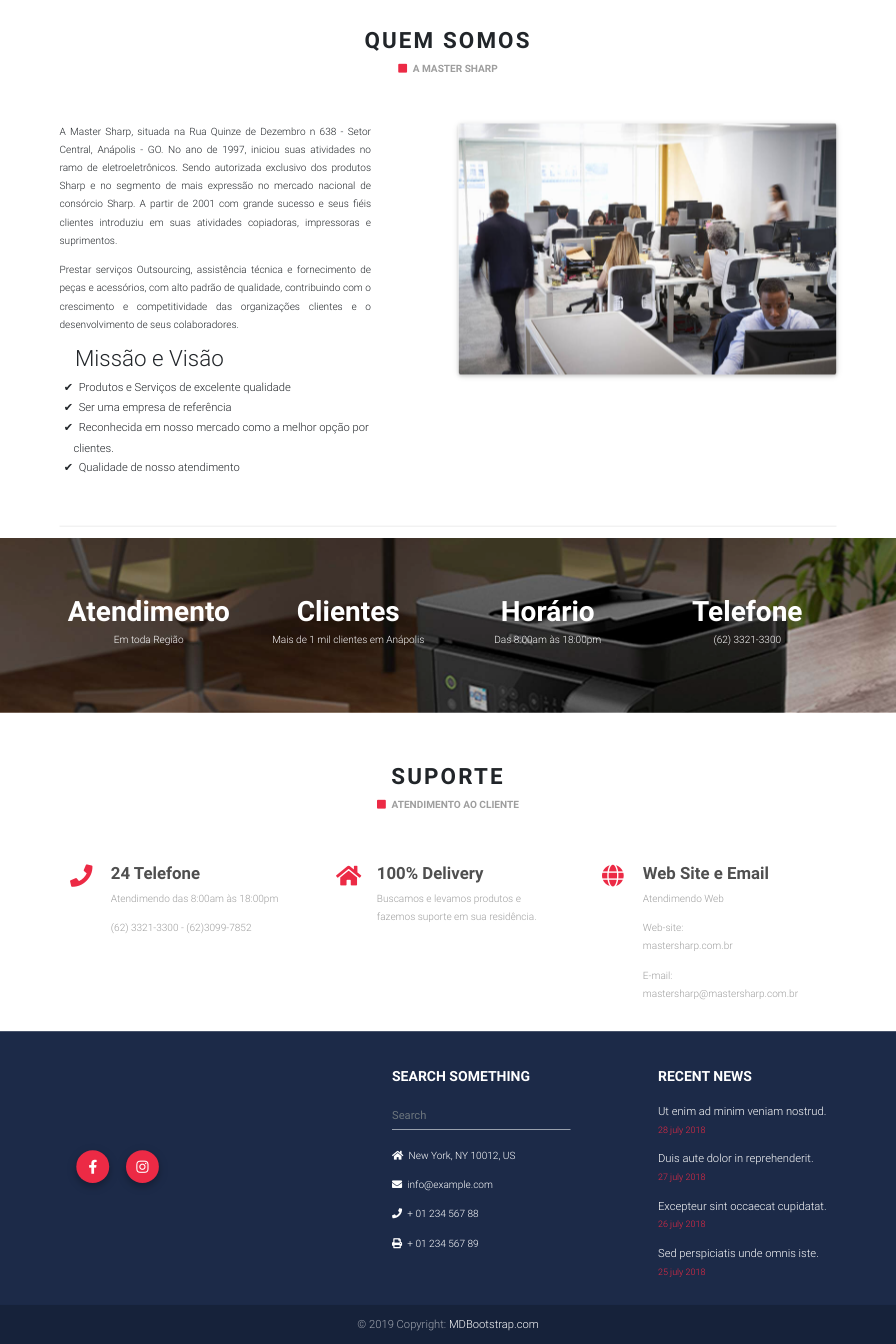
Repository: SalomaoMiguel/mastshap
Page: html/index.html
These files come from the project's save history. The page is drawn as it stood at one moment and after a run of saves; the edit follows.
The browser window is 1280 px wide. The pictures show the part of the page from y = 1373 to 3293 px (the page is 3293 px tall), at 70% of full size.
Some web libraries are served in a nearby version.

Above is the page before, as saved 2021-02-17 15:34:58.

### html/index.html
<!DOCTYPE html>
<html lang="pt-br">

<head>
  <meta charset="utf-8">
  <meta name="viewport" content="width=device-width, initial-scale=1, shrink-to-fit=no">
  <meta http-equiv="x-ua-compatible" content="ie=edge">
  <title>Master Sharp</title>
  <!-- Font Awesome -->
  <link rel="stylesheet" href="https://use.fontawesome.com/releases/v5.8.2/css/all.css">
  <!-- Bootstrap core CSS -->
  <link href="../css/bootstrap.min.css" rel="stylesheet">
  <!-- Material Design Bootstrap -->
  <link href="../css/mdb.min.css" rel="stylesheet">
  <style>
    html,
        body,
        header,
        .jarallax {
          height: 100%;
        }

        @media (min-width: 560px) and (max-width: 740px) {
          html,
          body,
          header,
          .jarallax {
            height: 500px;
          }
        }

        @media (min-width: 800px) and (max-width: 850px) {
            html,
            body,
            header,
            .jarallax {
              height: 600px;
            }
        }

        @media (min-width: 800px) and (max-width: 850px) {
            .navbar:not(.top-nav-collapse) {
                background: #24355c!important;
            }
            .navbar {
              box-shadow: 0 2px 5px 0 rgba(0,0,0,.16), 0 2px 10px 0 rgba(0,0,0,.12) !important;
            }
        }
    </style>
</head>

<body class="intro-page transport-lp">

  <!--Navigation & Intro-->
  <header>

    <!--Navbar-->
    <nav class="navbar fixed-top navbar-expand-lg navbar-dark scrolling-navbar" style="background-color: #f7f7f7!important;">
      <div class="container">
        <a class="navbar-brand" href="#"><img src="../imga/logo/logomastersharp.png" class="img-fluid  " alt="My photo"></a>
        <button class="navbar-toggler" type="button" data-toggle="collapse" data-target="#navbarSupportedContent"
          aria-controls="navbarSupportedContent" aria-expanded="false" aria-label="Toggle navigation">
          <span class="navbar-toggler-icon"></span>
        </button>
        <div class="collapse navbar-collapse " id="navbarSupportedContent">
          <!--Links-->
          <ul class="navbar-nav mr-auto ml-auto smooth-scroll ">
            <li class="nav-item">
              <a class="nav-link text-muted" href="#home">Início <span class="sr-only">(current)</span></a>
            </li>

            <li class="nav-item">
              <a class="nav-link text-muted" href="#about" data-offset="100">Quem Somos</a>
            </li>
            <li class="nav-item">
              <a class="nav-link text-muted" href="#services" data-offset="30">Soluções</a>
            </li>
            <li class="nav-item">
              <a class="nav-link text-muted" href="#features" data-offset="100">Parceiros</a>
            </li>
            <li class="nav-item">
              <a class="nav-link text-muted" href="#suport" data-offset="100">Suporte</a>
            </li>
            <li class="nav-item">
              <a class="nav-link text-muted" href="#contact" data-offset="30">Contato</a>
            </li>
          </ul>

          <!--Social Icons-->
          <ul class="navbar-nav nav-flex-icons">
            <li class="nav-item">
              <a class="nav-link" href="https://api.whatsapp.com/send?phone=5562991729598&#038;text=Gostaria de informações sobre a Master Sharp" target="_blank" rel="noopener noreferrer"><i class="fab fa-whatsapp text-success"> (62) 99172-9598</i></a>
            </li>
            <li class="nav-item">
              <a class="nav-link" href="https://api.whatsapp.com/send?phone=5562993291564&#038;text=Gostaria de informações sobre a Master Sharp" target="_blank" rel="noopener noreferrer" ><i class="fab fa-whatsapp text-success"> (62) 99329-1564</i></a>
            </li>
          </ul>
        </div>
      </div>
    </nav>
    <!--/Navbar-->

    <!-- Intro Section -->
    <div id="home" class="view jarallax" data-jarallax='{"speed": 0.2}' style="background-image: url('../imga/back/impressorapeople.png'); background-repeat: no-repeat; background-size: cover; background-position: center center;">
      <div class="mask rgba-black-light">
        <div class="container h-100 d-flex justify-content-center align-items-center">
          <div class="row smooth-scroll">
            <div class="col-md-12 white-text text-center">
              <div class="wow fadeInDown" data-wow-delay="0.2s">
                <h1 class="display-4 text-uppercase rgba-black-light px-3 py-2"><strong class="font-weight-bold">Master Sharp sempre inovando.</strong></h1>
                <h5 class="white-text mt-5"></h5>
                <h2 class="white-text text-uppercase h2-responsive font-weight-bold mb-5 mt-4"> Oferecendo assim a melhor solução para redução de custos.</h2>
                <a href="https://api.whatsapp.com/send?phone=5562993291564&#038;text=Gostaria de informações sobre a Master Sharp" target="_blank" rel="noopener noreferrer" data-offset="100" class="btn btn-success btn-rounded"><i class="fab fa-whatsapp text-white" style="font-size: 18px;"> <span class="text-white"> </span></i> &nbsp; Fale conosco</a>
              </div>
            </div>
          </div>
        </div>
      </div>
    </div>

  </header>
  <!--/Navigation & Intro-->

  <!--Main content-->
  <main>

    <!--First container-->
    <div class="container-fluid background-z">
      <div class="container">

        <!--Section: Possibilities-->
        <section class="py-4">

          <!--Secion heading-->
          <h2 id="services" class="text-center text-uppercase font-weight-bold mt-5 pt-4 spacing wow fadeIn" data-wow-delay="0.2s"><strong>Soluções</strong></h2>

          <!--Section description-->
          <p class="text-center text-uppercase font-weight-bold grey-text mb-5 pb-3 wow fadeIn" data-wow-delay="0.2s"><i
              class="fas fa-square red-text-2 mr-2" aria-hidden="true"></i> Nossos Serviços</p>

          <!--First row-->
          <div class="row mb-5 wow fadeIn" data-wow-delay="0.4s">

            <div class="col-lg-3 col-md-6 text-center pt-1">
              <div class="icon-area">
                <div class="circle-icon">
                  <i class="fas fa-print"></i>
                </div>
                <br>
                <strong>Locação de Impressoras</strong>
                <p>Soluções Corporativas em impressão e cópias..</p>
              </div>
            </div>

            <div class="col-lg-3 col-md-6 text-center pt-1">
              <div class="icon-area">
                <div class="circle-icon">
                  <i class="fas fa-print"></i>
                </div>
                <br>
                <strong>Manutenção de Impressoras</strong>
                <p>Equipe de Assistência Técnica altamente qualificada, jovem mas competente e com vasta experiência no seu segmento de atuação.</p>
              </div>
            </div>

            <div class="col-lg-3 col-md-6 text-center pt-1">
              <div class="icon-area">
                <div class="circle-icon">
                  <i class="fas fa-print"></i>
                </div>
                <br>
                <strong>Toners e Recargas</strong>
                <p>Somos especializados em recarga de toners. Oferecemos a sua empresa um serviço de qualidade por um preço acessível.</p>
              </div>
            </div>

            <div class="col-lg-3 col-md-6 text-center pt-1">
              <div class="icon-area">
                <div class="circle-icon">
                  <i class="fas fa-print"></i>
                </div>
                <br>
                <strong>Vendas de Impressoras</strong>
                <p>Sharp, Brother, Samsung, Ricoh, HP, Epson e muito mais. Impressoras de varios modelos.</p>
              </div>
            </div>

          </div>
          <!--/First row-->

        </section>
        <!--/Section: Possibilities-->

      </div>
    </div>
    <!--/First container-->

    <!--Second container-->
    <div class="container">

      <!--Section: About-->
      <section id="about" class="about my-5">

        <!--Secion heading-->
        <h2 class="text-center text-uppercase font-weight-bold mt-5 pt-4 pt-4 spacing wow fadeIn" data-wow-delay="0.2s"><strong>Quem Somos</strong></h2>

        <!--Section description-->
        <p class="text-center text-uppercase font-weight-bold grey-text mb-5 pb-3 wow fadeIn" data-wow-delay="0.2s"><i
            class="fas fa-square red-text-2 mr-2" aria-hidden="true"></i>A Master Sharp</p>

        <!--First row-->
        <div class="row">

          <!--First column column-->
          <div class="col-xl-5 col-lg-6 pb-1 wow fadeIn" data-wow-delay="0.4s">

            <!--Description-->
            <p align="justify">A Master Sharp, situada na Rua Quinze de Dezembro n 638 - Setor Central, Anápolis - GO. No ano de 1997, iniciou suas atividades no ramo de eletroeletrônicos. Sendo autorizada exclusivo dos produtos Sharp e no segmento de mais expressão no mercado nacional de consórcio Sharp. A partir de 2001 com grande sucesso e seus fiéis clientes introduziu em suas atividades copiadoras, impressoras e suprimentos.
            </p>

            <p align="justify">Prestar serviços Outsourcing, assistência técnica e fornecimento de peças e acessórios, com alto padrão de qualidade, contribuindo com o crescimento e competitividade das organizações clientes e o desenvolvimento de seus colaboradores.</p>

            <ul>
              <h2> Missão e Visão</h2>
              <li>Produtos e Serviços de excelente qualidade</li>
              <li>Ser uma empresa de referência</li>
              <li>Reconhecida em nosso mercado como a melhor opção por clientes.</li>
              <li>Qualidade de nosso atendimento</li>
            </ul>

          </div>
          <!--/First column-->

          <!--Column column-->
          <div class="col-xl-6 ml-lg-auto col-lg-6 mb-5 wow fadeIn" data-wow-delay="0.4s">

            <!--Image-->
            <img src="../imga/back/officess.jpg" class="img-fluid rounded z-depth-1"
              alt="My photo">

          </div>
          <!--/Column column-->

        </div>
        <!--/First row-->

      </section>
      <!--/Section: About-->

      <hr>

      <!--Section: Services-->

      <!--/Section: Services-->

    </div>
    <!--/Second container-->

    <!--Streak-->
    <div class="streak streak-photo" style="background-image:url('../imga/back/epson.jpg')">
      <div class="mask flex-center rgba-black-light">
        <div class="container">

          <!--First row -->
          <div class="row text-white text-center wow fadeIn" data-wow-delay="0.2s">

            <!--First column -->
            <div class="col-md-3 mb-2">
              <h1 class="white-text mb-1 font-weight-bold"><strong>Atendimento</strong></h1>
              <p>Em toda Região</p>
            </div>
            <!-- First column -->

            <!--Second column -->
            <div class="col-md-3 mb-2">
              <h1 class="white-text mb-1 font-weight-bold"><strong>Clientes</strong></h1>
              <p>Mais de 1 mil clientes em Anápolis</p>
            </div>
            <!-- Second column -->

            <!--Third column -->
            <div class="col-md-3 mb-2">
              <h1 class="white-text mb-1 font-weight-bold"><strong>Horário</strong></h1>
              <p>Das 8:00am às 18:00pm</p>
            </div>
            <!-- Third column -->

            <!--Fourth column -->
            <div class="col-md-3">
              <h1 class="white-text mb-1 font-weight-bold"><strong>Telefone</strong></h1>
              <p>(62) 3321-3300</p>
            </div>
            <!-- Fourth column -->

          </div>
          <!-- First row -->
        </div>
      </div>
    </div>
    <!--/Streak-->

    <!--Third container-->
    <div class="container">

      <!--Section: Features v.4-->
      <section id="suport" class="feature-box">

        <!--Secion heading-->
        <h2 class="text-center text-uppercase font-weight-bold mt-5 pt-4 spacing wow fadeIn" data-wow-delay="0.2s"><strong>Suporte</strong></h2>

        <!--Section description-->
        <p class="text-center text-uppercase font-weight-bold grey-text mb-5 wow fadeIn" data-wow-delay="0.2s"><i class="fas fa-square red-text-2 mr-2"
            aria-hidden="true"></i>Atendimento ao cliente</p>

        <!--Grid row-->
        <div class="row features-small pt-4">

          <!--Grid column-->
          <div class="col-md-4 mb-4">
            <div class="col-1 col-md-2 float-left">
              <i class="fas fa-phone red-text-2 fa-2x"></i>
            </div>
            <div class="col-10 col-md-9 col-lg-10 float-right">
              <h4 class="font-weight-bold dark-grey-text">24 Telefone </h4>
              <p class="grey-text"> Atendimendo das 8:00am às 18:00pm</p>
              <p class="grey-text"> (62) 3321-3300 - (62)3099-7852</p>
            </div>
          </div>
          <!--Grid column-->

          <!--Grid column-->
          <div class="col-md-4 mb-4">
            <div class="col-1 col-md-2 float-left">
              <i class="fas fa-home red-text-2 fa-2x"></i>
            </div>
            <div class="col-10 col-md-9 col-lg-10 float-right">
              <h4 class="font-weight-bold dark-grey-text">100% Delivery</h4>
              <p class="grey-text"> Buscamos e levamos produtos e fazemos suporte em sua residência.</p>
            </div>
          </div>
          <!--Grid column-->

          <!--Grid column-->
          <div class="col-md-4 mb-4">
            <div class="col-1 col-md-2 float-left">
              <i class="fas fa-globe red-text-2 fa-2x"></i>
            </div>
            <div class="col-10 col-md-9 col-lg-10 float-right">
              <h4 class="font-weight-bold dark-grey-text">Web Site e  Email</h4>
              <p class="grey-text">Atendimendo Web</p>
              <p class="grey-text">Web-site:&emsp;&emsp;&emsp;&emsp;&emsp;&emsp;mastersharp.com.br</p>
              <p class="grey-text">E-mail: mastersharp@mastersharp.com.br</p>
            </div>
          </div>
          <!--Grid column-->

        </div>
        <!--Grid row-->

      </section>
      <!--/Section: Features v.4-->

    </div>
    <!--/Third container-->

    <!--Fourth container-->

    <!--/Fourth container-->

    <!--Fifth container-->

    <!--/Fifth container-->

  </main>
  <!--/Main content-->

  <!--Footer-->
  <footer class="page-footer mdb-color darken-3 text-center text-md-left pt-5">

    <!--Footer Links-->
    <div class="container mb-3">

      <!--First row-->
      <div class="row">

        <!--First column-->
        <div id="contact" class="col-md-4 mt-1 mb-1 wow fadeIn" data-wow-delay="0.3s" >
          <!--About-->
          <h5 class="title mb-4 font-weight-bold"></h5>

          <p>&emsp;</p>

          <p>&emsp;</p>
          <!--/About -->

          <div class="footer-socials mt-2 mr-md-auto ml-md-auto" >
            <!--Facebook-->
            <a    href="https://www.facebook.com/mastersharp.aps/"  type="button" class="btn-floating  ml-4 btn-danger-2"><i class="fab fa-facebook-f"></i></a>
            <!--Dribbble-->
            <a  href="https://www.instagram.com/master.sharp/" type="button" class="btn-floating  btn-danger-2"><i class="fab fa-instagram"></i></a>
          </div>
        </div>
        <!--/First column-->

        <hr class="w-100 clearfix d-md-none">

        <!--Second column-->
        <div class="col-lg-3 ml-lg-auto col-md-4 mt-1 mb-1 wow fadeIn" data-wow-delay="0.3s">
          <!--Search-->
          <h5 class="text-uppercase mb-4 font-weight-bold">Search something</h5>

          <ul class="footer-search list-unstyled">
            <li>
              <form class="search-form" role="search">
                <div class="md-form">
                  <input type="text" class="form-control" placeholder="Search">
                </div>
              </form>
            </li>
          </ul>

          <!--Info-->
          <p><i class="fas fa-home pr-1"></i> New York, NY 10012, US</p>
          <p><i class="fas fa-envelope pr-1"></i> info@example.com</p>
          <p><i class="fas fa-phone pr-1"></i> + 01 234 567 88</p>
          <p><i class="fas fa-print pr-1"></i> + 01 234 567 89</p>

        </div>
        <!--/Second column-->

        <hr class="w-100 clearfix d-md-none">

        <!--Third column-->
        <div class="col-lg-3 ml-lg-auto col-md-4 mt-1 mb-1 wow fadeIn" data-wow-delay="0.3s">
          <!--Contact-->
          <h5 class="text-uppercase mb-4 font-weight-bold">Recent news</h5>

          <ul class="footer-posts list-unstyled">
            <li><a>Ut enim ad minim veniam nostrud.</a><span>
                <p class="red-text-2 font-small">28 july 2018</p>
              </span></li>
            <li><a>Duis aute dolor in reprehenderit.</a><span>
                <p class="red-text-2 font-small">27 july 2018</p>
              </span></li>
            <li><a>Excepteur sint occaecat cupidatat.</a><span>
                <p class="red-text-2 font-small">26 july 2018</p>
              </span></li>
            <li><a>Sed perspiciatis unde omnis iste.</a><span>
                <p class="red-text-2 font-small">25 july 2018</p>
              </span></li>
          </ul>

        </div>
        <!--/Third column-->

      </div>
      <!--/First row-->

    </div>
    <!--/Footer Links-->

    <!--Copyright-->
    <div class="footer-copyright py-3 text-center">
      <div class="container-fluid">
        © 2019 Copyright: <a href="https://mdbootstrap.com/education/bootstrap/" target="_blank"> MDBootstrap.com </a>
      </div>
    </div>
    <!--/Copyright-->

  </footer>
  <!--/Footer-->


  <!-- SCRIPTS -->

  <!-- JQuery -->
  <script type="text/javascript" src="../js/jquery-3.4.1.min.js"></script>

  <!-- Bootstrap tooltips -->
  <script type="text/javascript" src="../js/popper.min.js"></script>

  <!-- Bootstrap core JavaScript -->
  <script type="text/javascript" src="../js/bootstrap.min.js"></script>

  <!-- MDB core JavaScript -->
  <script type="text/javascript" src="../js/mdb.min.js"></script>

  <script>
    //Animation init
    new WOW().init();

  </script>

</body>

</html>

Loaded but not shown: css/bootstrap.min.css (library); css/mdb.min.css (library); js/jquery-3.4.1.min.js (library); js/popper.min.js (library); js/bootstrap.min.js (library); js/mdb.min.js (library)

After the next 3 saves:
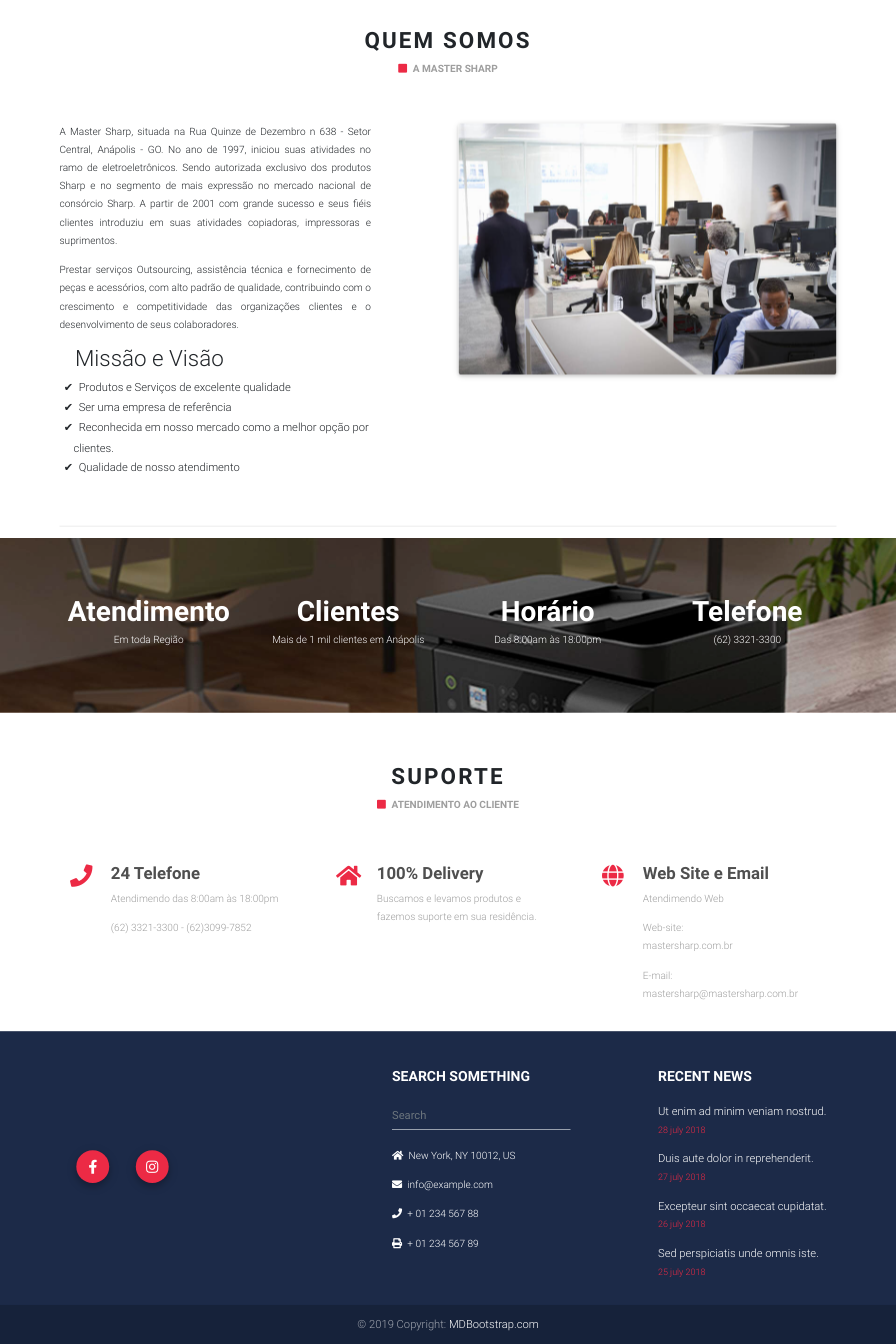
The 3 saves are shown as one change because they came seconds apart.
The last was saved 9 s later.
--- a/html/index.html
+++ b/html/index.html
@@ -397,7 +397,7 @@
             <!--Facebook-->
             <a    href="https://www.facebook.com/mastersharp.aps/"  type="button" class="btn-floating  ml-4 btn-danger-2"><i class="fab fa-facebook-f"></i></a>
             <!--Dribbble-->
-            <a  href="https://www.instagram.com/master.sharp/" type="button" class="btn-floating  btn-danger-2"><i class="fab fa-instagram"></i></a>
+            <a  href="https://www.instagram.com/master.sharp/" type="button" class="btn-floating ml-4 btn-danger-2"><i class="fab fa-instagram"></i></a>
           </div>
         </div>
         <!--/First column-->
